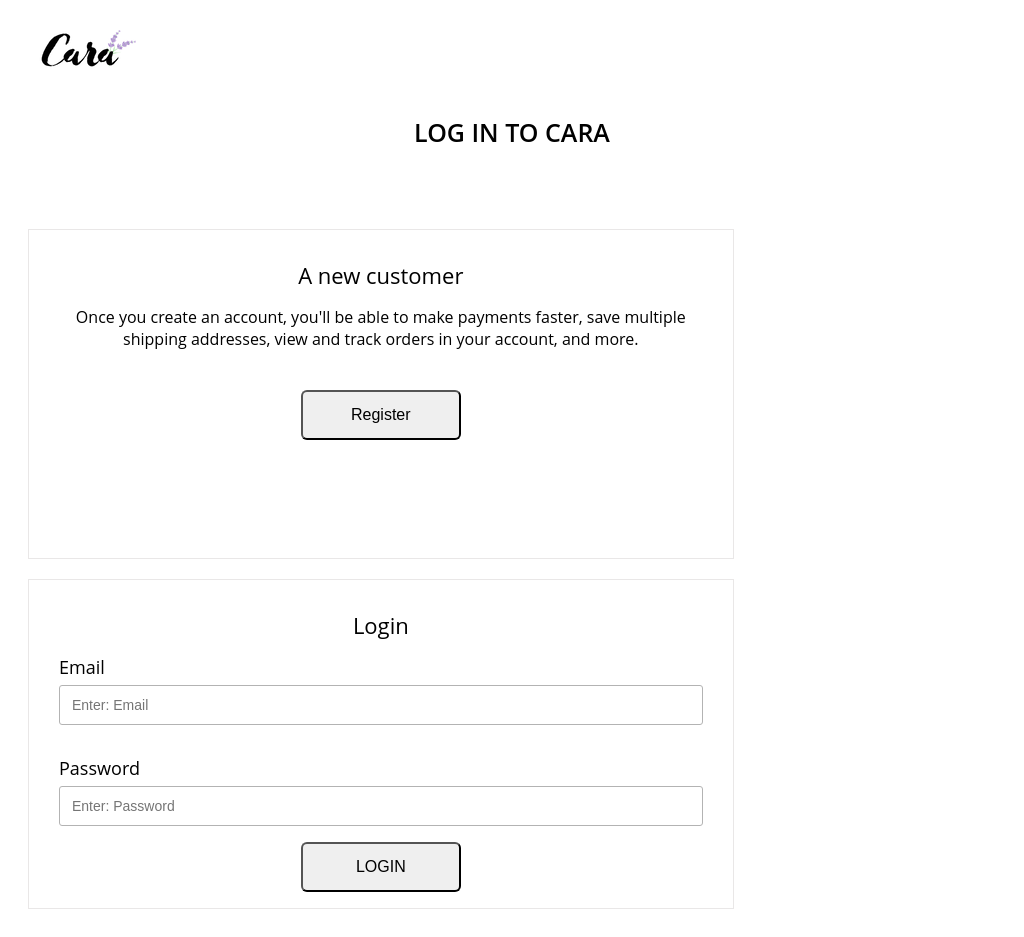
Repository: MinhNhatIT2901/Ecommerce
Page: login.html
The author's editor kept a copy of each file at every save. The page is drawn from the files as they stood at one save, then again after the next save.
The browser window is 1024 px wide. The pictures show the whole page.

Above is the page before, as saved 2022-01-12 17:39:33.
Console error: TypeError: Cannot read properties of null (reading 'addEventListener')

### login.html
<!DOCTYPE html>
<html lang="en">
<head>
    <meta charset="UTF-8">
    <meta http-equiv="X-UA-Compatible" content="IE=edge">
    <meta name="viewport" content="width=device-width, initial-scale=1.0">
    <link rel="stylesheet" href="./login/login.css">
    <title>Login for Cara</title>
</head>
<body>
    <div class="logo-img">
        <a href="index.html">
            <img src="./imgs/img/logo.png" alt="">
        </a>
    </div>
    <div class="title">LOG IN TO CARA</div>
    <div class="wrap__box">
        <div class="wrap__content">
            <div class="wrap__container">
                <div class="wrap__title">A new customer</div>
                <p>Once you create an account, you'll be able to make payments faster,
                    save multiple shipping addresses, view and track orders in your account,
                    and more.
                </p>
                <div class="wrap__button">
                    <a href="sigin.html">
                        <button class="btn">
                            Register
                        </button>
                    </a>
                </div>
            </div>
        </div>
        <div class="wrap__content">
            <div class="wrap__container">
                <form action="">
                    <div class="wrap__title">Login</div>
                    <div class="form-group">
                        <label for="email" class="form-label">Email</label>
                        <input id="email" name="email" type="text" placeholder="Enter: Email" class="form-control">
                        <span class="form-message"></span>
                    </div>

                    <div class="form-group">
                        <label for="password" class="form-label">Password</label>
                        <input id="password" name="password" type="password" placeholder="Enter: Password" class="form-control">
                        <span class="form-message"></span>
                    </div>
                    <button class="btn">LOGIN</button>
                </form>
            </div>
        </div>
    </div>
</body>
    <script src="./login/login.js"></script>
</html>

### login/login.css
* {
  padding: 0;
  top: 0;
  box-sizing: border-box;
}

body {
  font-family: "Open Sans", sans-serif;
}

.logo-img {
  margin: 30px;
}

.title {
  text-align: center;
  margin: 40px 0 60px;
  font-size: 25px;
  font-weight: 600;
}

.wrap__box {
  width: 100%;
  display: flex;
  align-items: center;
  max-width: 1200px;
  margin: 0 auto;
}

.wrap__content {
  width: 50%;
}

.wrap__container {
  width: 580px;
  height: 380px;
  border: 1px solid #e9e7e7;
  margin-left: 20px;
  padding: 30px;
}

.wrap__title {
  font-size: 22px;
  font-weight: 500;
}

.wrap__button {
  margin-top: 40px;
}

.wrap__button a {
  text-decoration: none;
  color: #333;
}

.btn {
  width: 160px;
  height: 50px;
  transition: 0.4s ease;
  font-size: 16px;
  font-weight: 500;
  border-radius: 6px;
}

.btn:hover {
  background-color: #1dbfaf;
  border: none;
  color: #e9e7e7;
  cursor: pointer;
}

.form-group {
  display: flex;
  margin-bottom: 16px;
  flex-direction: column;
}

.form-label,
.form-message {
  text-align: left;
}

.form-label {
  font-weight: 500;
  padding: 15px 0 6px;
  font-size: 18px;
}

.form-control {
  height: 40px;
  padding: 8px 12px;
  border: 1px solid #b3b3b3;
  border-radius: 3px;
  outline: none;
  font-size: 14px;
}

.form-control:hover {
  border-color: #1dbfaf;
}

@media (max-width: 1200px) {
  .wrap__box {
    display: inline-block;
    text-align: center;
  }

  .wrap__content {
    margin: 20px auto;
    width: 100%;
  }

  .wrap__container {
    width: 70%;
    height: 330px;
    text-align: center;
  }
}

@media (max-width: 477px) {
  body {
    text-align: center;
  }

  .wrap__content {
    width: 100%;
  }

  .wrap__container {
    margin-left: 0px;
    width: 100%;
  }
}

### login/login.js
const input = document.querySelector(".input")
const eyeOpen = document.querySelector(".eye-open")
const eyeClose = document.querySelector(".eye-close")

eyeOpen.addEventListener("click", function () {
    eyeOpen.classList.add("hidden");
    eyeClose.classList.remove("hidden");
    input.setAttribute("type", "password");
});

eyeClose.addEventListener("click", function () {
    eyeOpen.classList.remove("hidden");
    eyeClose.classList.add("hidden");
    input.setAttribute("type", "text");
})

After the next save:
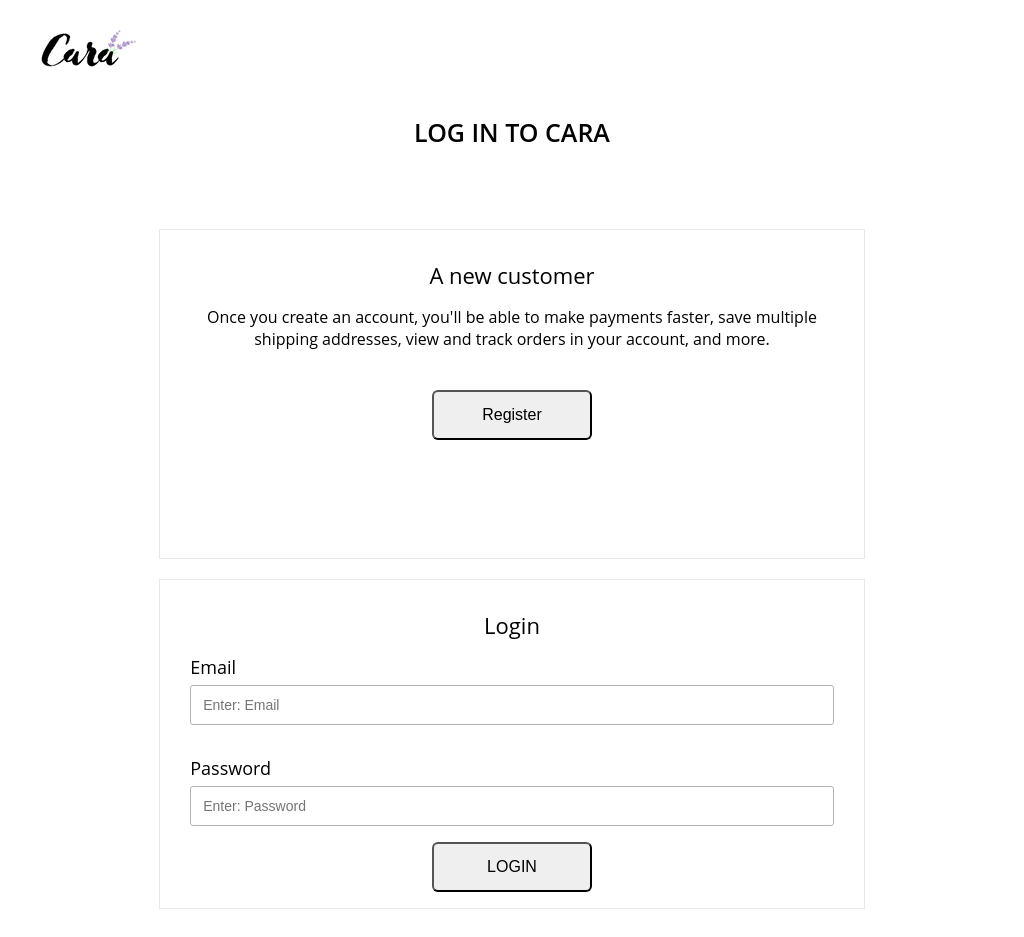
Saved 29 s later.
--- a/login/login.css
+++ b/login/login.css
@@ -106,14 +106,13 @@ body {
   }
 
   .wrap__content {
-    margin: 20px auto;
     width: 100%;
   }
 
   .wrap__container {
     width: 70%;
     height: 330px;
-    text-align: center;
+    margin: 20px auto;
   }
 }
 
